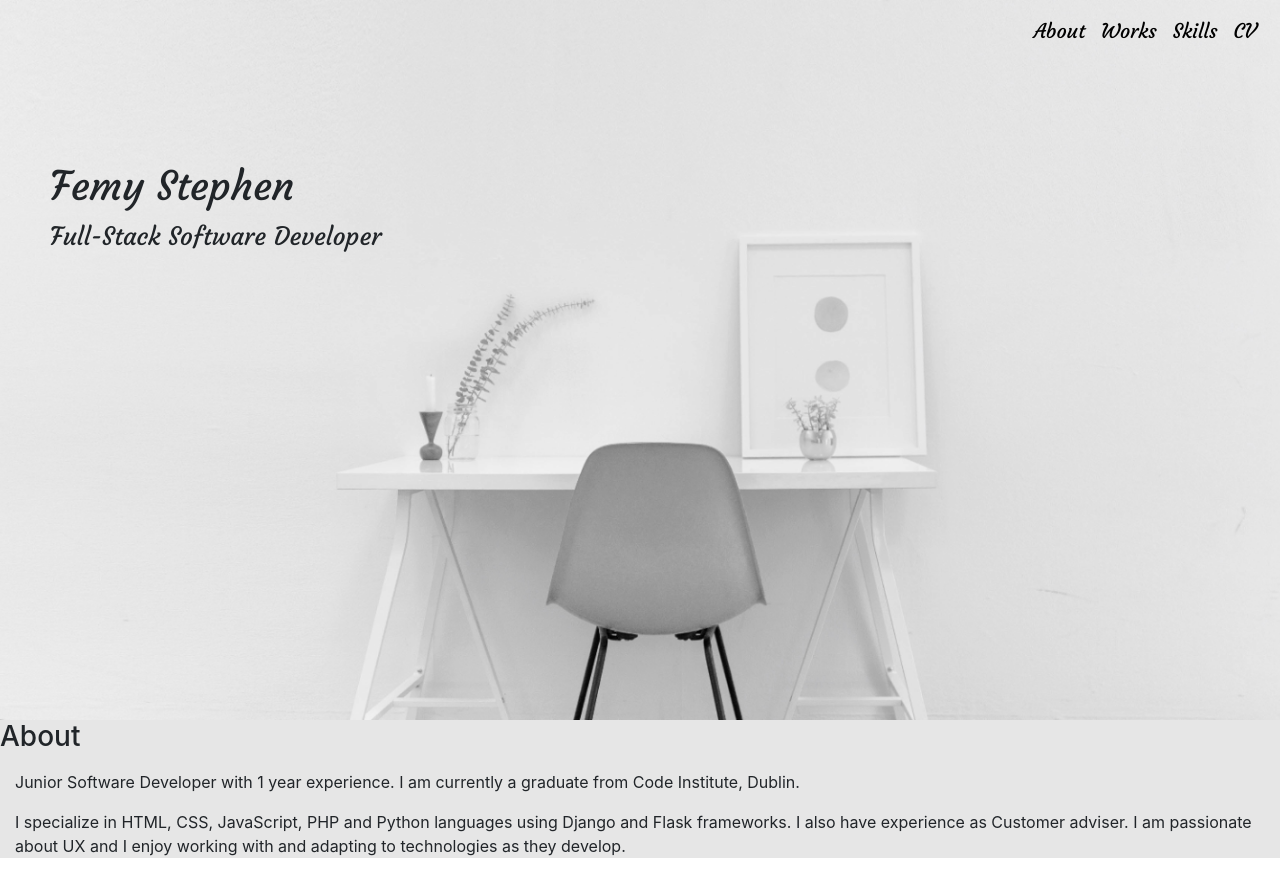
Repository: femy16/FemyStephen
Page: index.html
The author's editor kept a record of every edit. The page is drawn from the files as they stood at one moment, then again after the next edit.
The browser window is 1280 px wide. The pictures show the whole page.
Backgrounds fixed to the window are drawn as part of the page. Some web libraries are served in a nearby version.

Above is the page before.
Not found: hover.css

After the next edit:
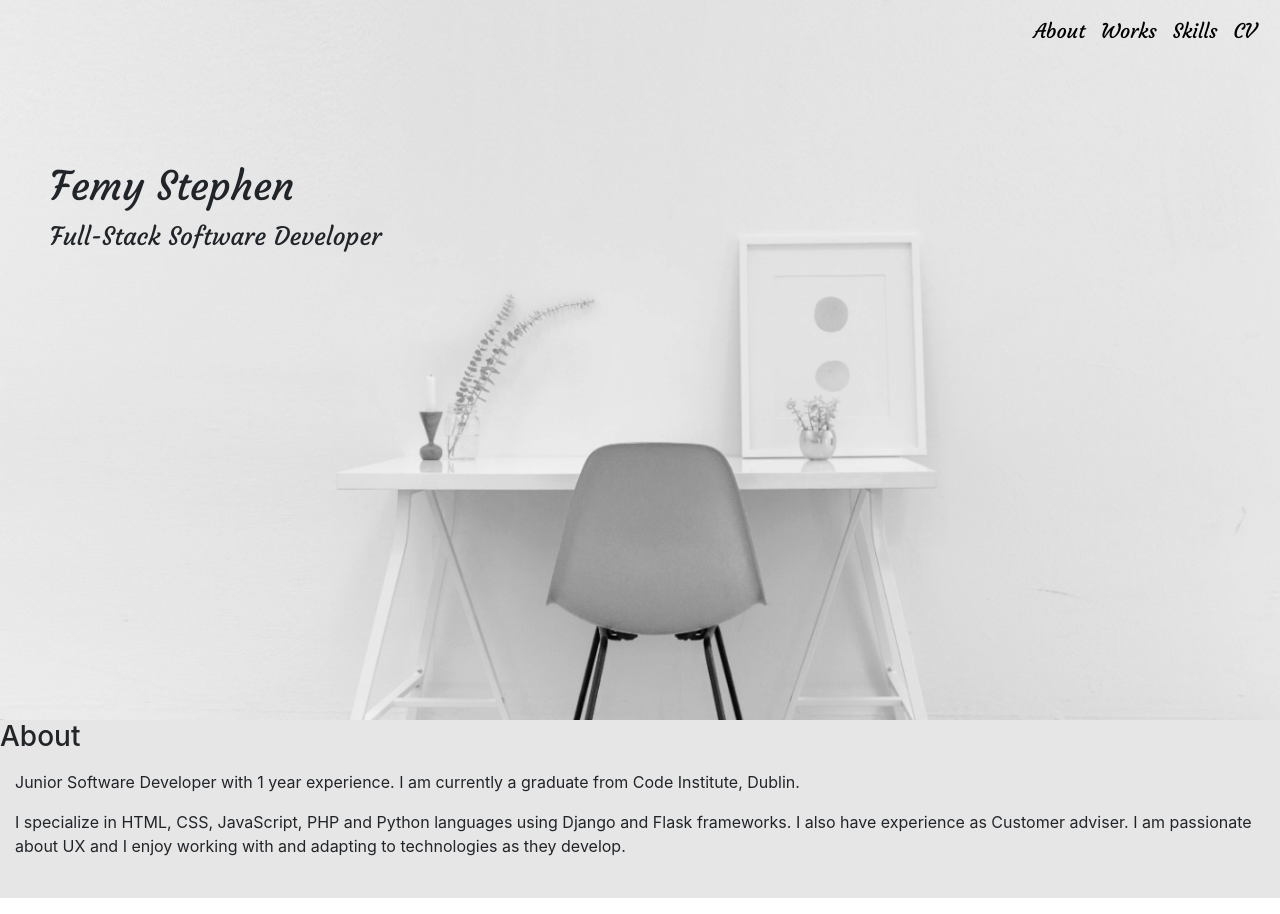
The edit:
--- a/index.html
+++ b/index.html
@@ -57,7 +57,10 @@
           <p><div class="col">
           <p>Junior Software Developer with 1 year experience. I am currently a graduate from Code Institute, Dublin.</p>
 <p>I specialize in HTML, CSS, JavaScript, PHP and Python languages using Django and Flask frameworks. I also have experience as Customer adviser.
-I am passionate about UX and I enjoy working with and adapting to technologies as they develop.</p></p>
+I am passionate about UX and I enjoy working with and adapting to technologies as they develop.</p>
+</div>
+<div class="col"><img src=""></img>
+</p>
       </div>
 
     </main>
